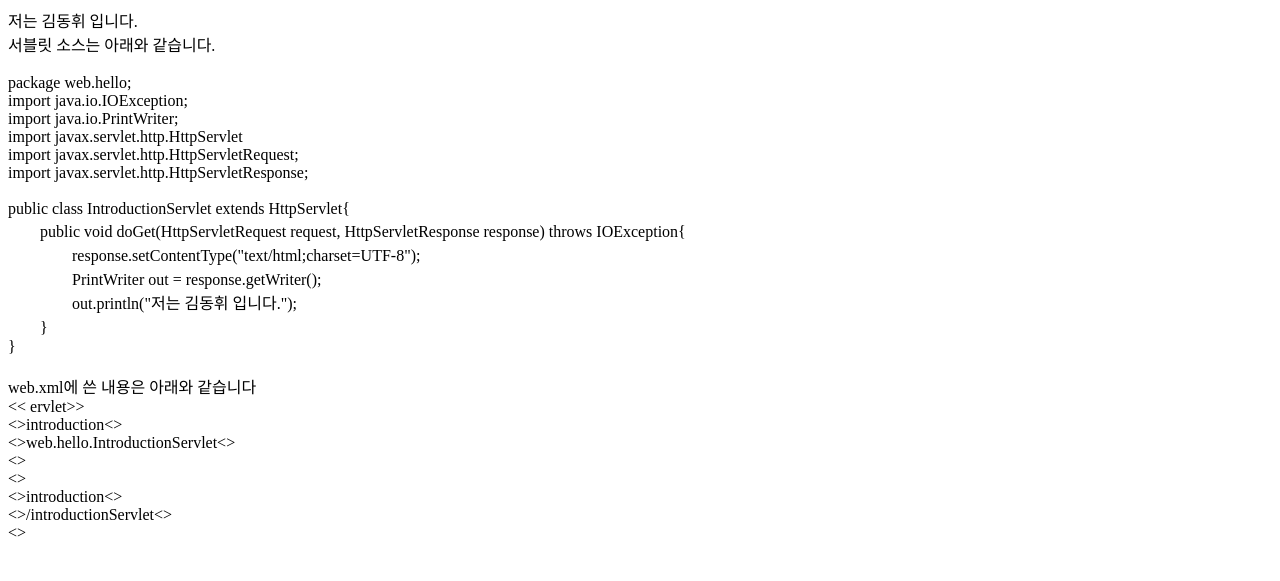
Repository: fellownew/web_workspace
Page: http://localhost/HelloworldWeb/introductionServlet
The author's editor kept a copy of each file at every save. The page is drawn from the files as they stood at one save, then again after the next save.
The browser window is 1280 px wide. The pictures show the whole page.
The page is served by Tomcat 9.

Above is the page before, as saved 2015-03-12 08:38:00.

After the next save:
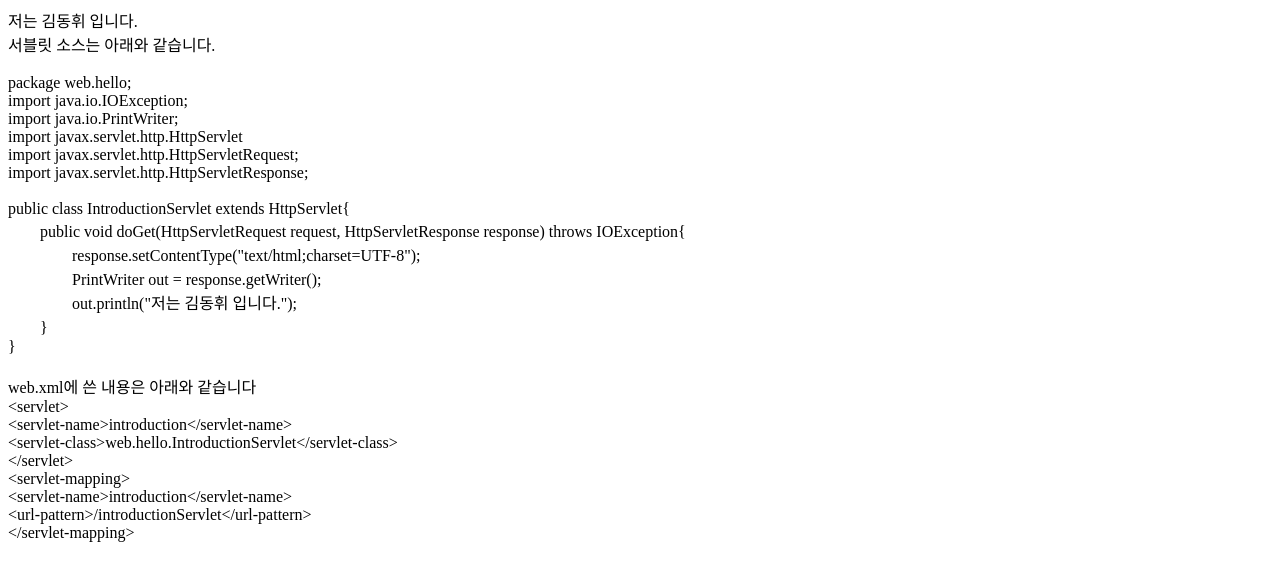
Saved 76 s later.
--- a/HelloworldWeb/src/web/hello/IntroductionServlet.java
+++ b/HelloworldWeb/src/web/hello/IntroductionServlet.java
@@ -28,14 +28,14 @@ public class IntroductionServlet extends HttpServlet{
 				+ "}<br/>"
 				+ "<br/>");
 		out.println("web.xml에 쓴 내용은 아래와 같습니다 <br/>");
-		out.println("<<\servlet>><br/>"
-				+ "<<servlet-name>>introduction<</servlet-name>><br/>"
-				+ "<<servlet-class>>web.hello.IntroductionServlet<</servlet-class>><br/>"
-				+ "<</servlet>><br/>"
-				+ "<<servlet-mapping>><br/>"
-				+ "<<servlet-name>>introduction<</servlet-name>><br/>"
-				+ "<<url-pattern>>/introductionServlet<</url-pattern>><br/>"
-				+ "<</servlet-mapping>><br/>");
+		out.println("&ltservlet&gt<br/>"
+				+ "&ltservlet-name&gtintroduction&lt/servlet-name&gt<br/>"
+				+ "&ltservlet-class&gtweb.hello.IntroductionServlet&lt/servlet-class&gt<br/>"
+				+ "&lt/servlet&gt<br/>"
+				+ "&ltservlet-mapping&gt<br/>"
+				+ "&ltservlet-name&gtintroduction&lt/servlet-name&gt<br/>"
+				+ "&lturl-pattern&gt/introductionServlet&lt/url-pattern&gt<br/>"
+				+ "&lt/servlet-mapping&gt<br/>");
 	}
 
 }
